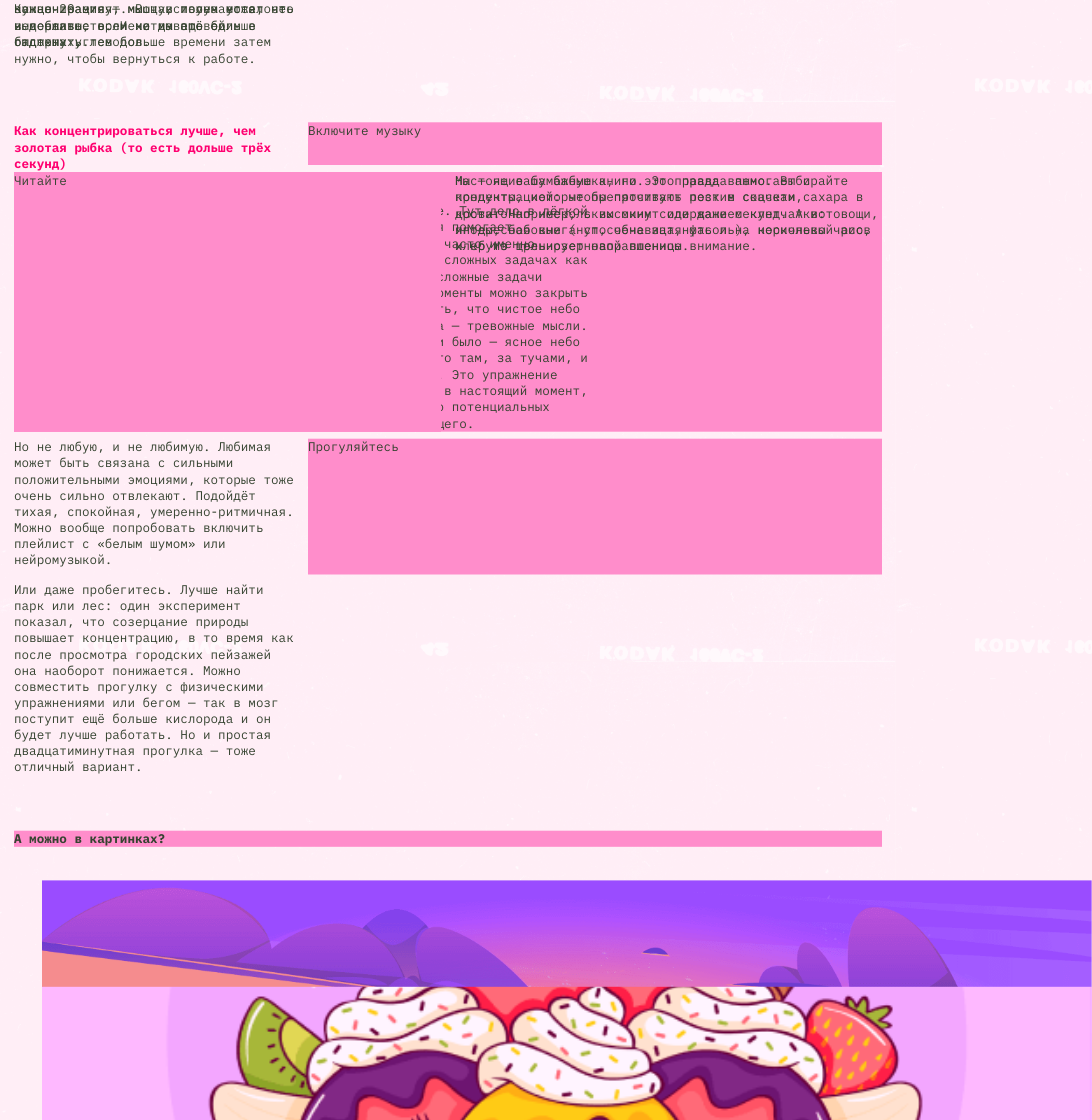
Repository: NikWolf75/slozhno-sosredotochitsya-fd
Page: index.html
An editor plug-in stored every save of this project. The page is shown before and after the next save, followed by the edit.
The browser window is 1280 px wide. The page is 1560 px wide, so the pictures cover 1560 px, including what lies to the right of the window. The pictures show the part of the page from y = 1454 to 3054 px (the page is 4840 px tall before and 5044 px after), at 70% of full size.
Backgrounds fixed to the window are drawn as part of the page.

Above is the page before, as saved 2025-02-27 21:14:27.

After the next save:
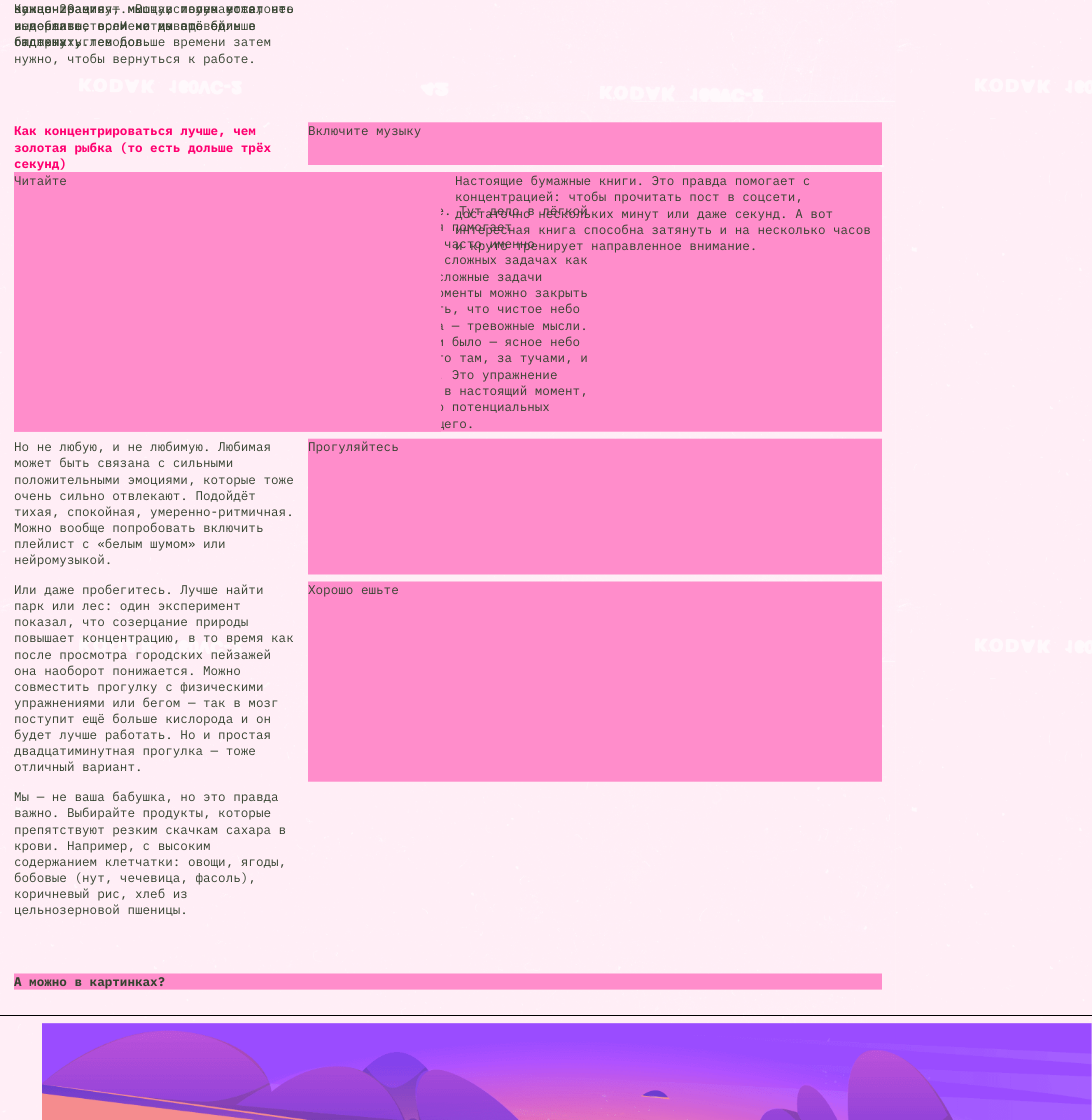
Saved 4 s later.
--- a/index.html
+++ b/index.html
@@ -166,8 +166,6 @@
             кислорода и он будет лучше работать. Но и простая двадцатиминутная
             прогулка — тоже отличный вариант.
           </p>
-        </article>
-        <article class="content__answers">
           <h4 class="advice">
             Хорошо ешьте
           </h4>
